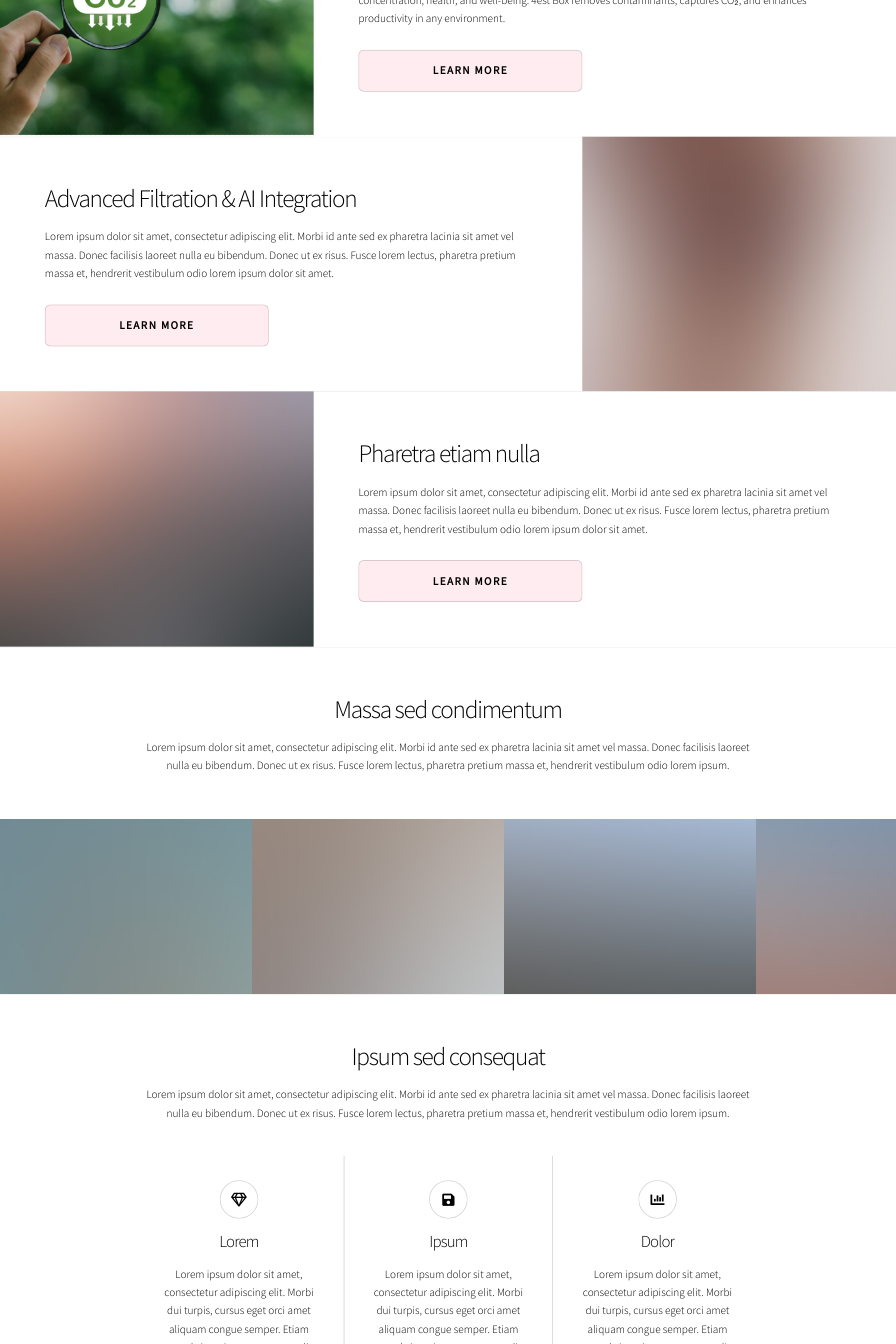
Repository: alejandroRdzGarza/4est-box-landing-page
Page: index.html
An editor plug-in stored every save of this project. The page is shown before and after the next save, followed by the edit.
The browser window is 1280 px wide. The pictures show the part of the page from y = 890 to 2810 px (the page is 5742 px tall before and 5715 px after), at 70% of full size.

Above is the page before, as saved 2025-03-04 19:00:15.

After the next save:
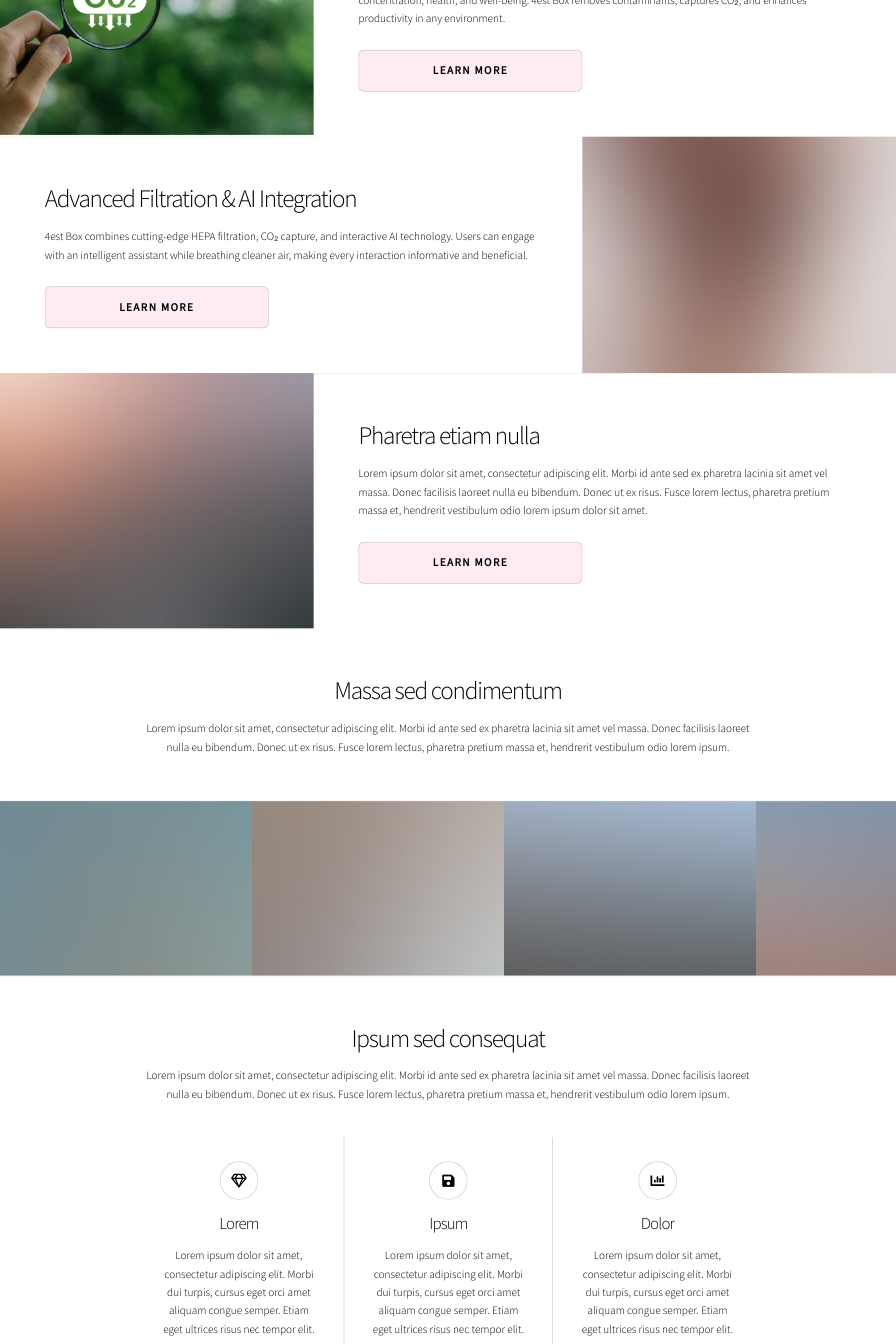
Saved 13 s later.
--- a/index.html
+++ b/index.html
@@ -50,7 +50,7 @@
 					<section class="spotlight style1 orient-left content-align-left image-position-center onscroll-image-fade-in">
 						<div class="content">
 							<h2>Advanced Filtration & AI Integration</h2>
-							<p>Lorem ipsum dolor sit amet, consectetur adipiscing elit. Morbi id ante sed ex pharetra lacinia sit amet vel massa. Donec facilisis laoreet nulla eu bibendum. Donec ut ex risus. Fusce lorem lectus, pharetra pretium massa et, hendrerit vestibulum odio lorem ipsum dolor sit amet.</p>
+							<p>4est Box combines cutting-edge HEPA filtration, CO₂ capture, and interactive AI technology. Users can engage with an intelligent assistant while breathing cleaner air, making every interaction informative and beneficial.</p>
 							<ul class="actions stacked">
 								<li><a href="#" class="button">Learn More</a></li>
 							</ul>
